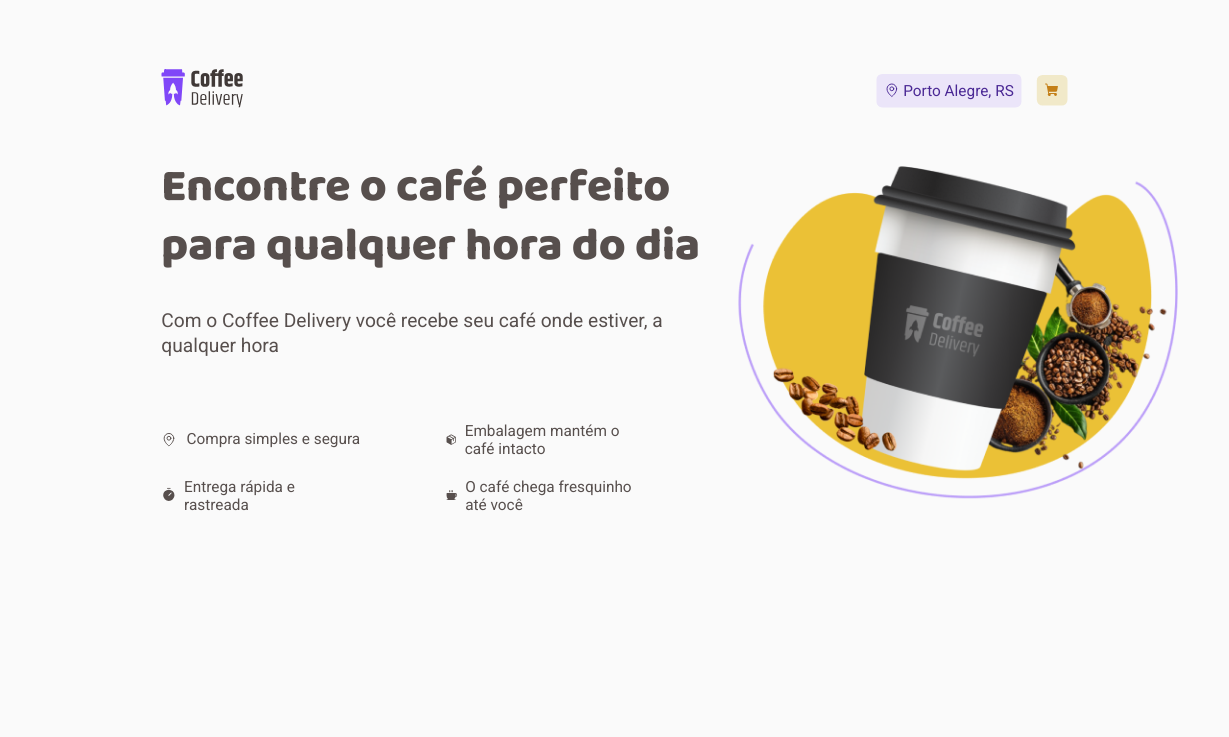
Repository: guilhermecardoso93/react-coffee-delivery
Page: /
These files come from the project's save history. The page is drawn as it stood at one moment and after the next save; the edit follows.
The browser window is 1280 px wide. The pictures show the whole page, at 96% of full size.
The project was rebuilt for these pictures with package versions that can differ from the ones it lists, and the page was loaded fresh each time. Also part of the build but not shown: vite.config.ts.

Above is the page before, as saved 2022-07-17 17:13:44.

After the next save:
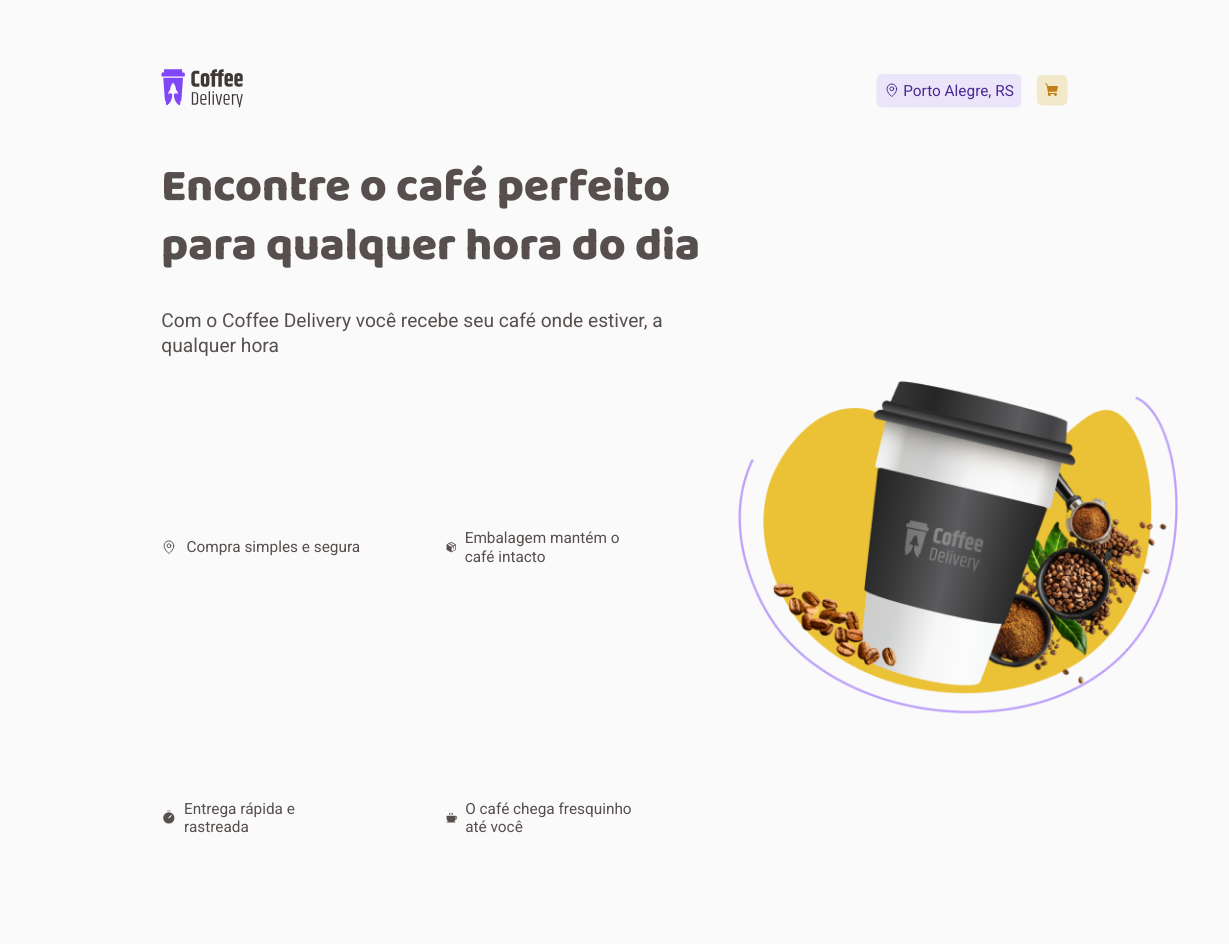
Saved 14 s later.
--- a/src/components/pages/components/Home/styles.ts
+++ b/src/components/pages/components/Home/styles.ts
@@ -27,7 +27,9 @@
 `;
 
 export const HomeList = styled.div`
-  width: 100%;
+
+width: 100%;
+  height: 34rem;
   display: grid;
   grid-template-columns: 1fr 1fr;
   row-gap: 1.25rem;

After the save that followed:
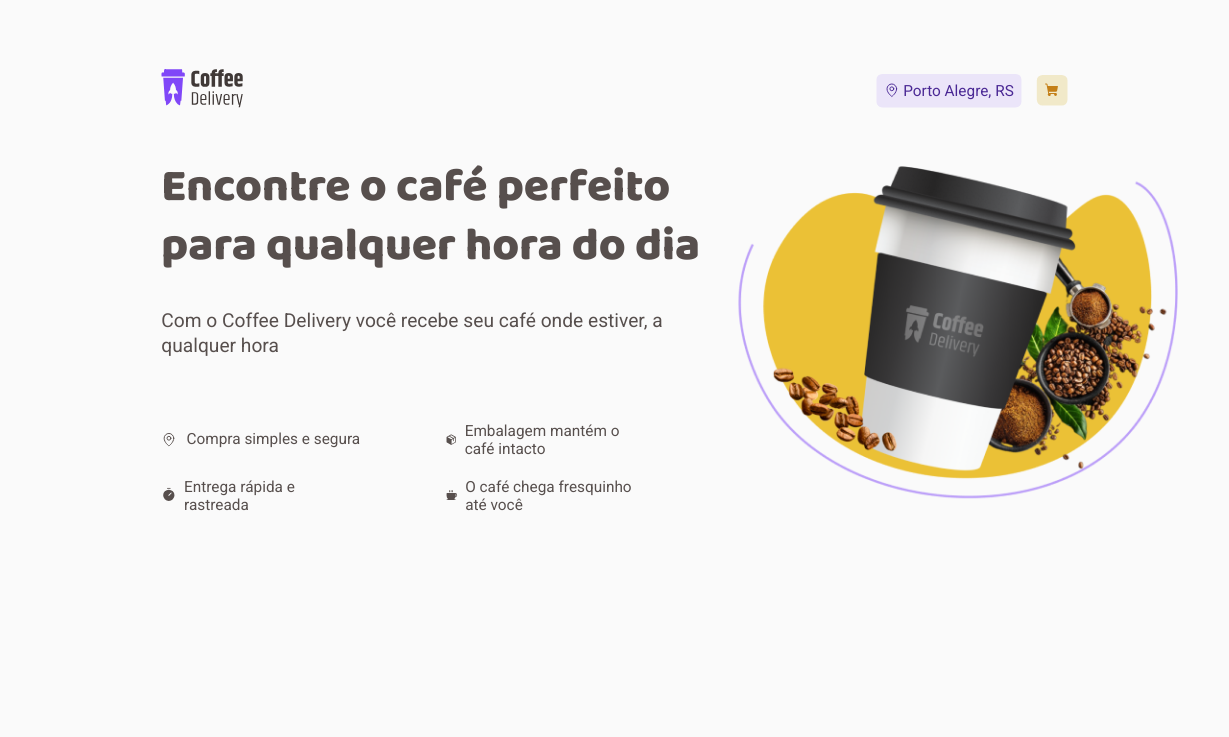
Saved 4 s later.
--- a/src/components/pages/components/Home/styles.ts
+++ b/src/components/pages/components/Home/styles.ts
@@ -27,9 +27,7 @@
 `;
 
 export const HomeList = styled.div`
-
-width: 100%;
-  height: 34rem;
+  width: 100%;
   display: grid;
   grid-template-columns: 1fr 1fr;
   row-gap: 1.25rem;
